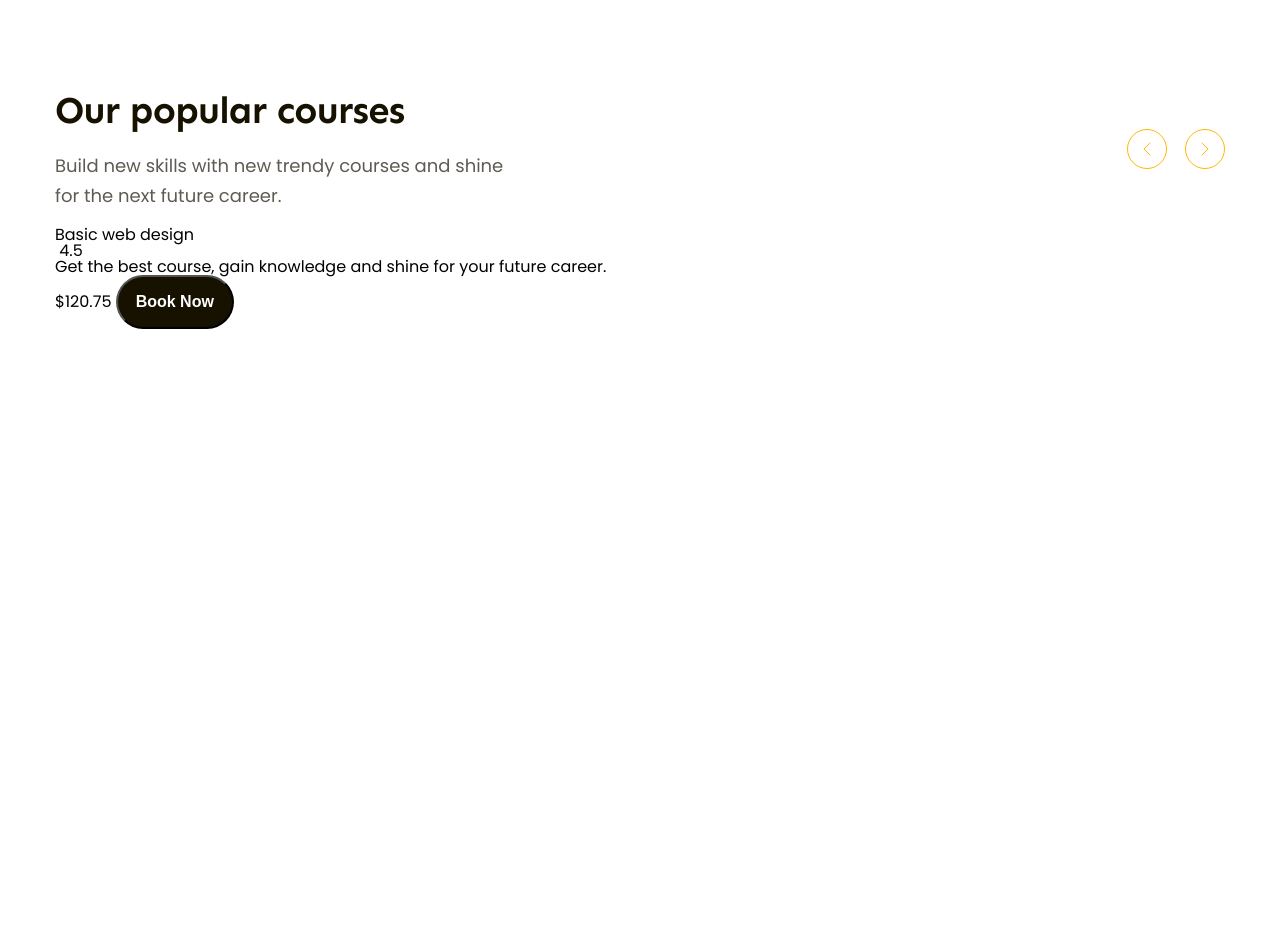
Repository: ynguyen1512/htmlcss-project-02
Page: index.html
These files come from the project's save history. The page is drawn as it stood at one moment and after the next save; the edit follows.
The browser window is 1280 px wide. The pictures show the part of the page from y = 1013 to 1965 px (the page is 5000 px tall).
A picture or video elsewhere on the page could not be fetched, so the positions and the page height are approximate.

Above is the page before, as saved 2023-02-20 22:38:31.

After the next save:
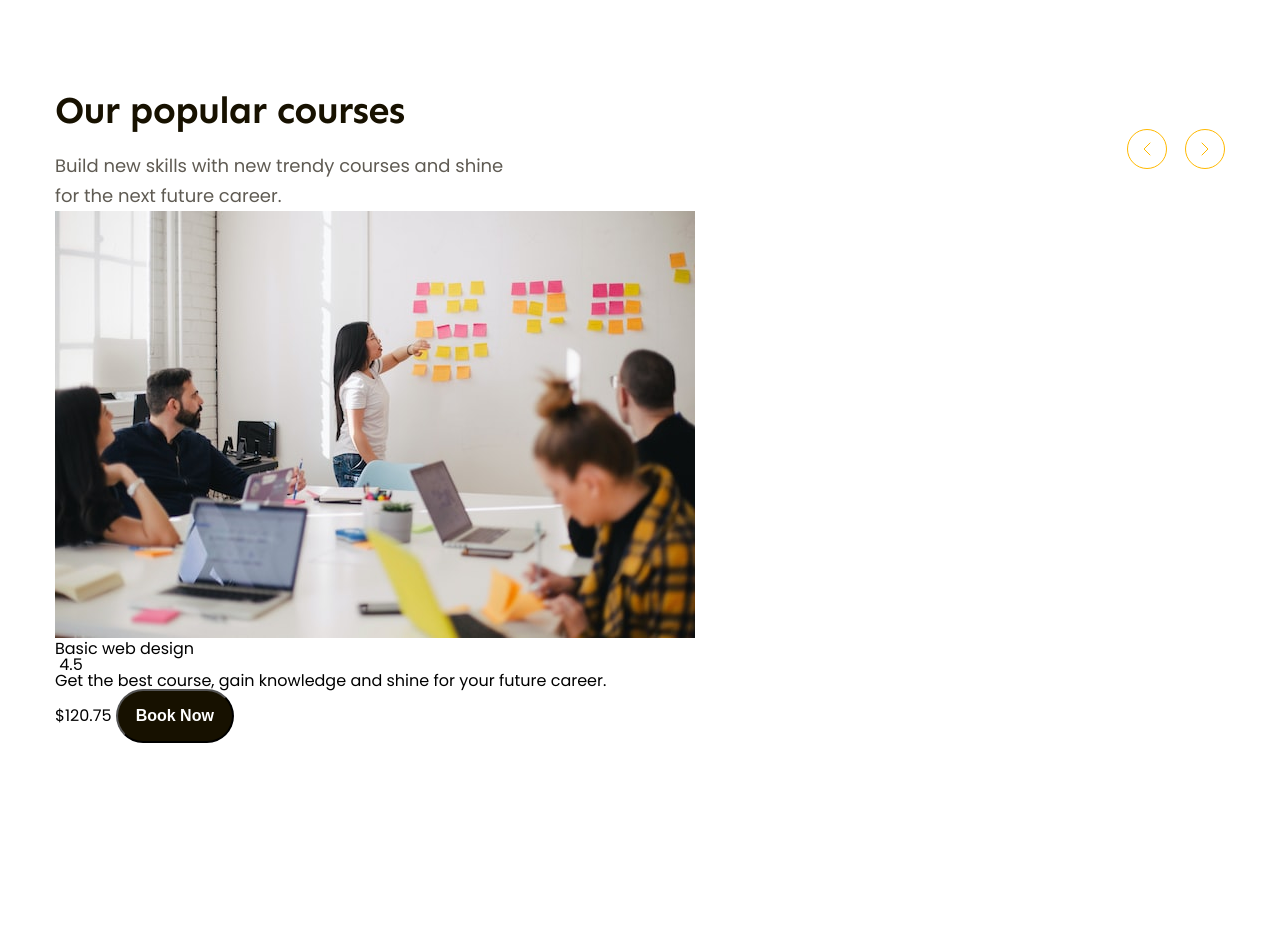
Saved 2 min 38 s later.
--- a/index.html
+++ b/index.html
@@ -131,7 +131,7 @@
 
                 <div class="course-list">
                     <div class="course-item">
-                        <img src="" alt="" class="thumb">
+                        <img src="./assets/img/course-1.jpg" alt="" class="thumb">
                         <div class="info">
                             <div class="head">
                                 <h3 class="title">Basic web design</h3>
